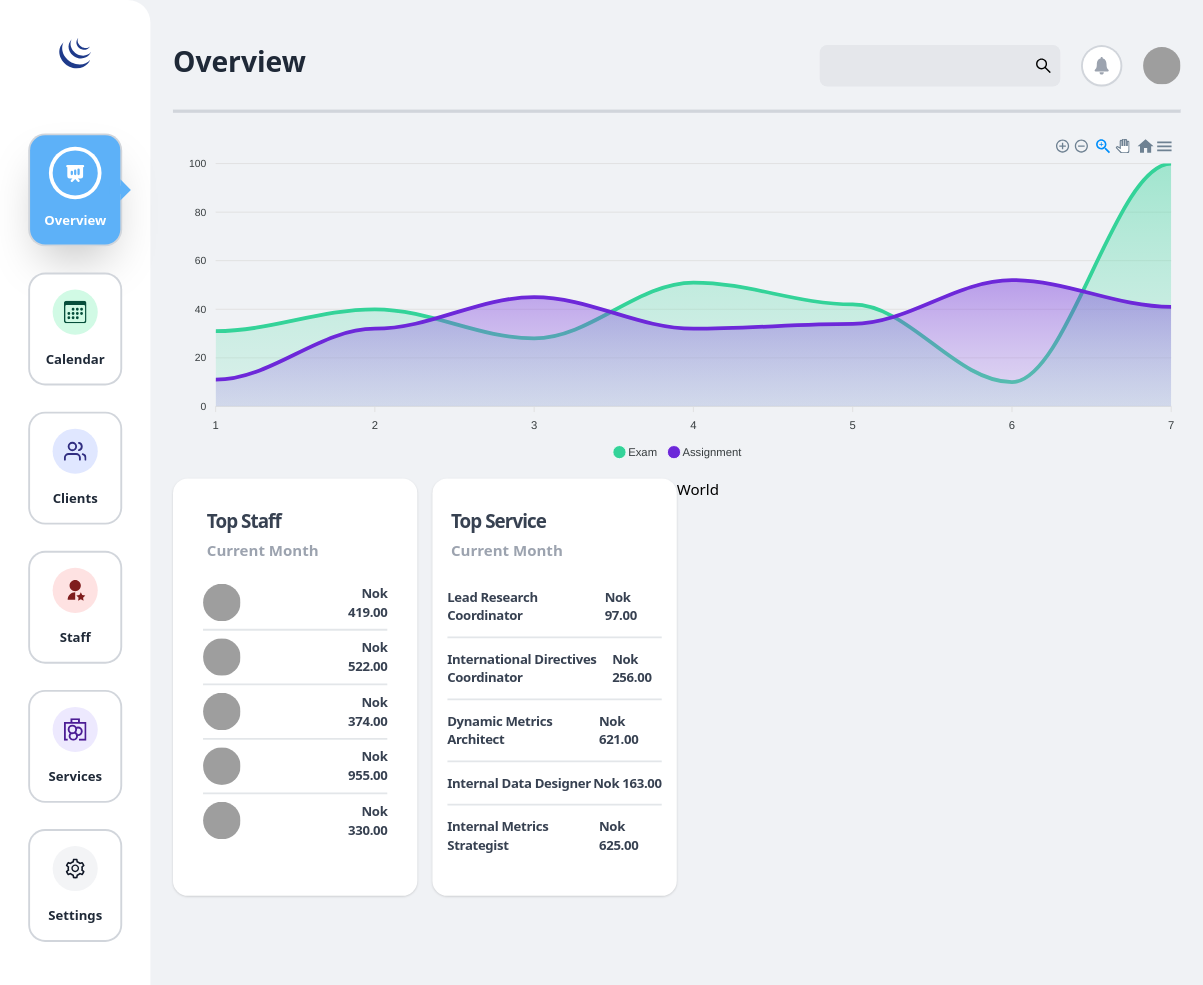
Repository: coolronts/dashboard
Page: /
An editor plug-in stored every save of this project. The page is shown before and after the next save, followed by the edit.
The browser window is 1280 px wide. The pictures show the whole page, at 94% of full size.
Pictures or frames that could not be fetched are drawn as grey boxes. The project was rebuilt for these pictures with package versions that can differ from the ones it lists, and the page was loaded fresh each time. Also part of the build but not shown: craco.config.js.

Above is the page before, as saved 2021-11-28 03:18:42.

After the next save:
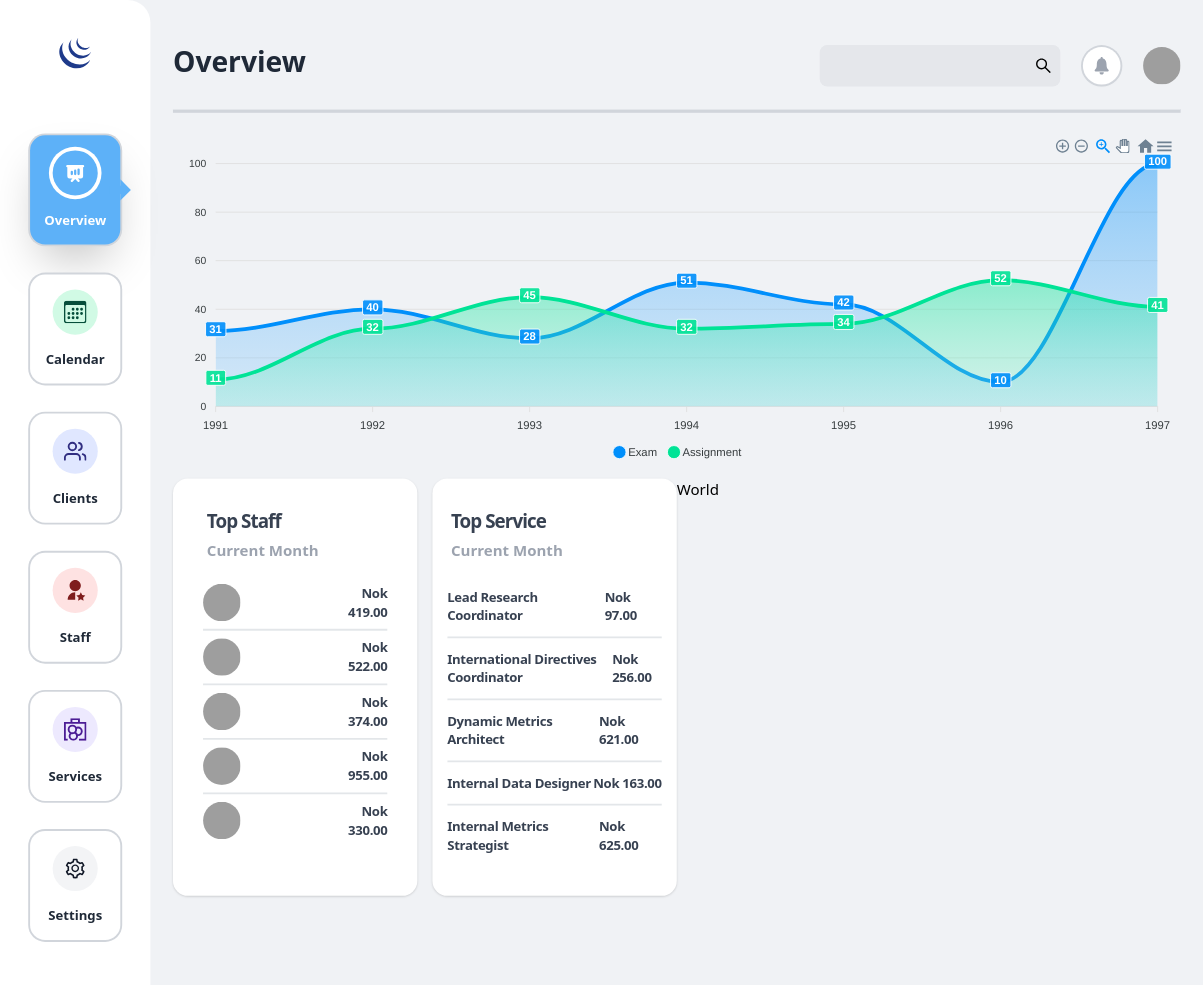
Saved 38 s later.
--- a/src/Components/Charts/MultiLine/index.tsx
+++ b/src/Components/Charts/MultiLine/index.tsx
@@ -12,23 +12,13 @@ const series = [
 
 
 const options = {
-    colors: ['#34D399', '#6D28D9'],
     chart: {
-      height: 350,
-     },
+          id: 'apexchart-example'
+        },
+        xaxis: {
+          categories: [1991, 1992, 1993, 1994, 1995, 1996, 1997, 1998, 1999]
+        }
 
-    dataLabels: {
-      enabled: false
-    },
-    stroke: {
-      curve: 'smooth'
-    },
-
-    tooltip: {
-      x: {
-        format: 'MMM'
-      },
-    },
   }
 
 const MultiLine: React.FC = () => {
